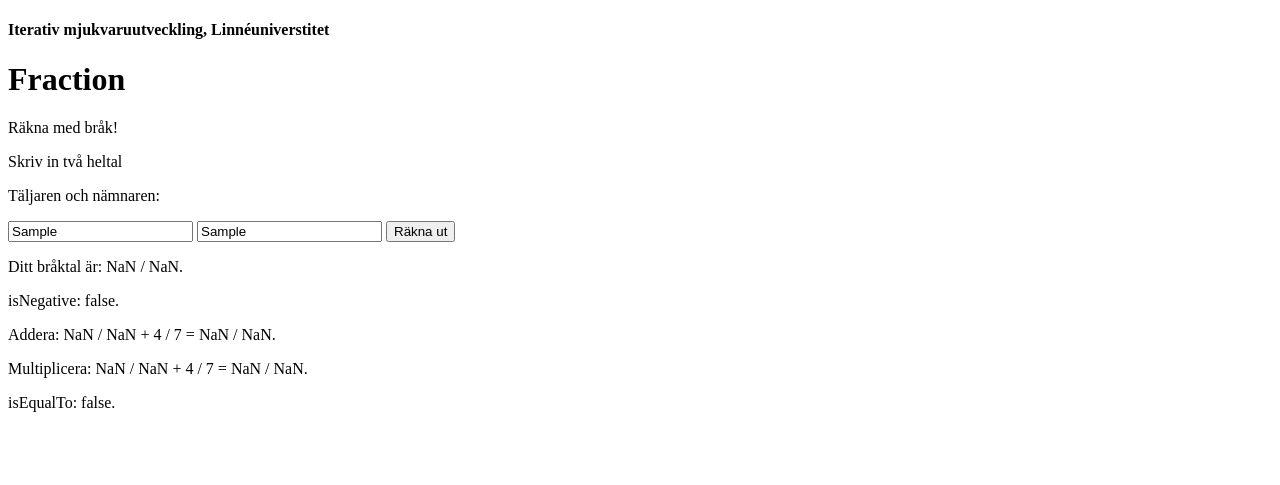
Repository: Holmewi/1dv404-jh222qr-laborationer
Page: Uppgift 3b/index.html
The author's editor kept a record of every edit. The page is drawn from the files as they stood at one moment, then again after the next edit.
The browser window is 1280 px wide. The pictures show the whole page.
Empty fields were first filled with sample values (such as "Sample", 5 or name@example.com).
After loading, the first visible `#submit` was clicked once.

Above is the page before.

### Uppgift 3b/index.html
<!DOCTYPE HTML>
<html lang="sv">

<head>
    <meta charset="utf-8" />
    <title>1DV404 - Laboration 1, uppgift 3b</title>
</head>

<body>
    <h4>Iterativ mjukvaruutveckling, Linnéuniverstitet</h4>
    <h1>Fraction</h1>
    <p>Räkna med bråk!</p>
    <p>Skriv in två heltal</p>
    <form>
        <p>Täljaren och nämnaren:</p>
        <input type="text" id="input-numerator">
        <input type="text" id="input-denominator">
        <input type="submit" id="submit" value="Räkna ut">
    </form>
    <p id="value"></p>
    <script src="fraction.js"></script>
</body>
</html>

### Uppgift 3b/fraction.js
"use strict"

// Konstruktor
function Fraction(T, N) {
    /*
    this.getNumerator = parseInt(T);        // Täljaren
    this.getDenominator = parseInt(N);      // Nämnaren
    var p = document.querySelector("#value");


    if (this.getDenominator === 0){
        p.innerHTML = "Nämnaren får inte vara 0!";
        throw new Error("Nämnaren får inte vara 0!");
    }

    console.log(T);
    console.log(N);

    return this.getNumerator, this.getDenominator;
    */
    this.getNumerator = function() {
		return T;
	};

	this.getDenominator = function() {
	    if (N === 0){
            p.innerHTML = "Nämnaren får inte vara 0!";
            throw new Error("Nämnaren får inte vara 0!");
        } else {
		return N;
        }
	};
}

// Metoder
Fraction.prototype.isNegative = function () {
	if (this.getNumerator() < 0 || this.getDenominator() < 0) {
	    return true;
	} else {
		return false;
	}
};

Fraction.prototype.add = function (testFraction) {
    var addedNumerator = this.getNumerator() * testFraction.getDenominator() + testFraction.getNumerator() * this.getDenominator();
    var addedDenominator = this.getDenominator() * testFraction.getDenominator();
    return new Fraction(addedNumerator, addedDenominator);
};

Fraction.prototype.multiply = function (testFraction) {
	var multipliedNumerator = this.getNumerator() * testFraction.getNumerator();
	var multipliedDenominator = this.getDenominator() * testFraction.getDenominator();
	return new Fraction(multipliedNumerator, multipliedDenominator);
};

Fraction.prototype.isEqualTo = function (testFraction) {
	if (this.getNumerator() / this.getDenominator() === testFraction.getNumerator() / testFraction.getDenominator()) {
		return true;
	} else {
		return false;
	}
}

Fraction.prototype.toString = function () {
	return this.getNumerator() + " / " + this.getDenominator();
}





var output = "";
var numerator = document.querySelector("#input-numerator");
var dominator = document.querySelector("#input-denominator");
var p = document.querySelector("#value");
var submit = document.querySelector("#submit");

// Mitt egna object

submit.addEventListener("click", function(evt){
    evt.preventDefault();
    var newFraction = new Fraction(+numerator.value, +dominator.value);
    p.innerHTML += "<p>Ditt bråktal är: " + newFraction.toString() + ".</p>";
    p.innerHTML += "<p>isNegative: " + newFraction.isNegative() + ".</p>";

    var addedFraction = newFraction.add(testFraction);
    p.innerHTML += "<p>Addera: " + newFraction.toString() + " + " + testFraction.toString() + " = " + addedFraction.toString() + ".</p>";

    var multipliedFraction = newFraction.multiply(testFraction);
    p.innerHTML += "<p>Multiplicera: " + newFraction.toString() + " + " + testFraction.toString() + " = " + multipliedFraction.toString() + ".</p>";

    p.innerHTML += "<p>isEqualTo: " + newFraction.isEqualTo(testFraction) + ".</p>";
});


//var newFraction = new Fraction(2, 3);
var testFraction = new Fraction(4, 7);

// Utskrift




// Testobjekt


/*
console.log(newFraction.toString());
console.log(newFraction.isNegative());
console.log(newFraction.isEqualTo(testFraction));
console.log(testFraction.toString());


var addedFraction = newFraction.add(testFraction);
console.log(addedFraction.toString());

var multipliedFraction = newFraction.multiply(testFraction);
console.log(multipliedFraction.toString());
*/

After the next edit:
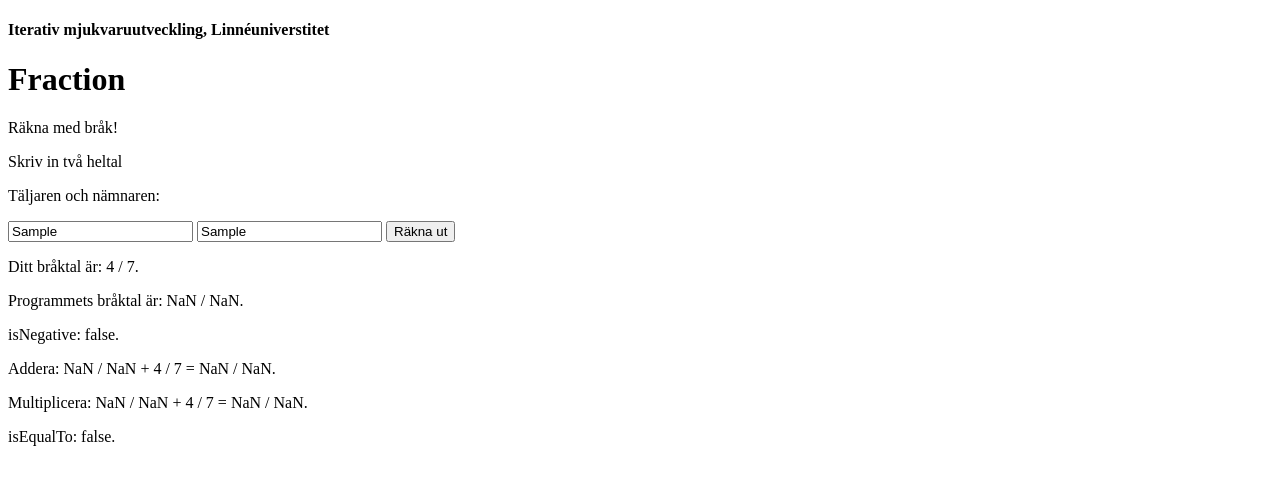
The edit:
--- a/Uppgift 3b/fraction.js
+++ b/Uppgift 3b/fraction.js
@@ -80,7 +80,8 @@
 submit.addEventListener("click", function(evt){
     evt.preventDefault();
     var newFraction = new Fraction(+numerator.value, +dominator.value);
-    p.innerHTML += "<p>Ditt bråktal är: " + newFraction.toString() + ".</p>";
+    p.innerHTML += "<p>Ditt bråktal är: " + testFraction.toString() + ".</p>";
+    p.innerHTML += "<p>Programmets bråktal är: " + newFraction.toString() + ".</p>";
     p.innerHTML += "<p>isNegative: " + newFraction.isNegative() + ".</p>";
 
     var addedFraction = newFraction.add(testFraction);
